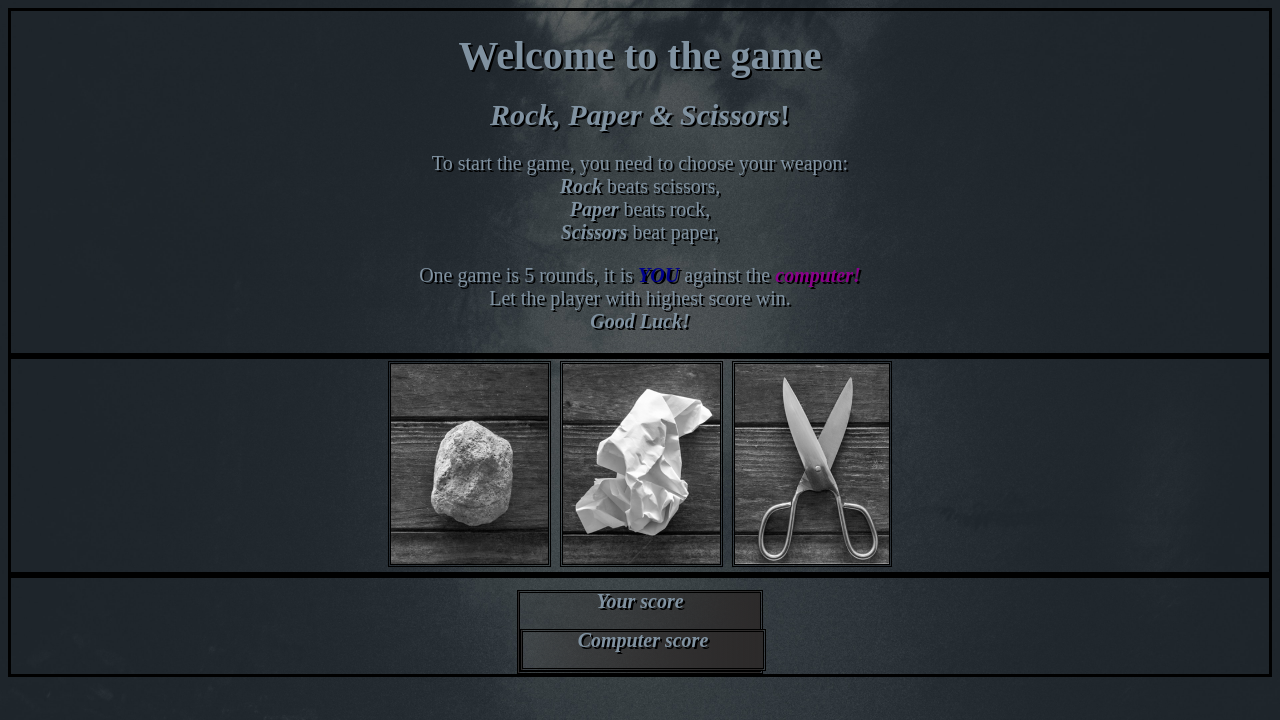
Repository: agneta1991/rock-paper-scissors
Page: Desktop/coding/index2.html
These files come from the project's save history. The page is drawn as it stood at one moment and after the next save; the edit follows.
The browser window is 1280 px wide. The pictures show the whole page.

Above is the page before, as saved 2023-03-06 08:44:16.

### Desktop/coding/index2.html
<!DOCTYPE html>
<html lang="en">
<head>
    <meta charset="UTF-8">
    <title>Rock Paper Scissors</title>
    <link rel="styleSheet" href='styles.css'>
</head>
<body>
    <script src="js.js" defer></script>
    <div class="container1">
        <div class="title">
            <h1>Welcome to the game </h1>
            <h2><span>Rock, Paper & Scissors</span>!</h2>
            <p>To start the game, you need to choose your weapon:<br>
            <span>Rock</span> beats scissors, <br>
            <span>Paper</span> beats rock, <br>
            <span>Scissors</span> beat paper,</p>
            <p>One game is 5 rounds, it is <span style="color: darkblue">YOU</span> against the <span style="color: darkmagenta">computer!</span><br>
            Let the player with highest score win.<br>
        <span>Good Luck!</span></p>
        </div>
    </div>
    <div class ="container2">
        <div class="options">
            <button class="Rock"> <img src='images/rock.png'></button>
            <button class="Paper"><img src='images/paper.png'></button>
            <button class="Scissors"><img src='images/scissors.png'></button>
        </div>
    </div>
    <div class="container3">
        <div id="playerChoice"></div><div id="computerChoice"></div>
        <div id="msg"></div>
        <div class="score">
            <div class="playerScore"><span>Your score<span></span>
            <div id="displayedPlayerScore"></p></div>
            <div class="computerScore"><span>Computer score<span></span>
            <div id="displayedComputerScore"></p></div></div>
        </div>
    </div>
</body>
</html>

### Desktop/coding/styles.css
body{
    background-image: url('images/background.jpg');
    background-size:100%;
}
h1, h2{
    line-height: 90%;
}

.container1, .container2, .container3{
    border: solid black;
    color: rgb(128, 146, 161);
    text-shadow: 2px 2px black;
    font-size: 20px;
}
span{
    font-weight: bold;
    font-style: italic;
}
.container1{
    display: flex;
    justify-content: center;
    text-align: center;
}


img{
    width: auto ;
    height: 200px ;
    border-style: double;
}

.container2 {
    display: flex;
    justify-content: center;
    gap: 8px;
}
button{
    background-color: transparent;
    padding: 0%;
    border-color: transparent;
}


img {
    -webkit-filter:
    grayscale(100%);
    filter:grayscale(100%);
    -webkit-transition: .2s
    ease-in-out;
    transition: .2s ease-in-out;

}

img:hover {
    -webkit-filter:grayscale(0);
    filter:grayscale(0);

}

.playerScore, .computerScore {
    line-height: 80%;
    border: black;
    width: 240px;
    border-style: double;
    background-image: linear-gradient(to right, rgba(156, 146, 146, 0.055),rgb(44, 42, 42) );
}

.score{
    display: flex;
    justify-content: center;
    text-align: center;
    gap: 5px;

}

#playerChoice, #computerChoice, #msg{
    display: flex;
    justify-content: center;
    text-align: center;
    padding: 2px;
    font-size: 25px;
    display: flex;
    justify-content: center;
    text-align: center;
}

### Desktop/coding/js.js
const choice = ['Rock', 'Paper', 'Scissors'];
const computerChoice = choice[Math.floor(Math.random()*choice.length)];


function round() {
const btn = document.querySelectorAll('button');


function oneClick(){
    btn.forEach((individualBtn)=>{
    individualBtn.addEventListener('click', ()=>{
        document.getElementById ('playerChoice').innerHTML = individualBtn.className + ' against '
        document.getElementById('computerChoice').innerHTML = computerChoice;
        let clicked = individualBtn.className;
        console.log(clicked);


            let msgComp = 'Computer wins!';
            let msgPlay = 'You win!';
            let msgT = "it's a tie!";
            let playerScore=0;
            let computerScore=0;

         if (clicked === 'Rock' && computerChoice === 'Paper'){
            document.getElementById('msg').innerHTML= msgComp;
            ++computerScore;
            document.getElementById('displayedComputerScore').innerHTML = computerScore;
            document.getElementById('displayedPlayerScore').innerHTML = playerScore;
            } else if (clicked==='Paper' && computerChoice ==='Scissors'){
            document.getElementById('msg').innerHTML= msgComp;
            ++computerScore;
            document.getElementById('displayedComputerScore').innerHTML = computerScore;
            document.getElementById('displayedPlayerScore').innerHTML = playerScore;
            } else if (clicked === 'Scissors' && computerChoice==='Rock'){
            ++computerScore;
            document.getElementById('displayedComputerScore').innerHTML = computerScore;
            document.getElementById('displayedPlayerScore').innerHTML = playerScore;
            document.getElementById('msg').innerHTML= msgComp;
            } else if (clicked=== 'Paper' && computerChoice==='Rock'){
            ++playerScore;
            document.getElementById('displayedPlayerScore').innerHTML = playerScore;
            document.getElementById('displayedComputerScore').innerHTML = computerScore;
            document.getElementById('msg').innerHTML= msgPlay;
            } else if(clicked === 'Scissors' && computerChoice === 'Paper'){
            ++playerScore;
            document.getElementById('displayedPlayerScore').innerHTML = playerScore;
            document.getElementById('displayedComputerScore').innerHTML = computerScore;
            document.getElementById('msg').innerHTML= msgPlay;
            } else if (clicked === 'Rock' && computerChoice==='Scissors'){
            ++playerScore;
            document.getElementById('displayedPlayerScore').innerHTML = playerScore;
            document.getElementById('displayedComputerScore').innerHTML = computerScore;
            document.getElementById('msg').innerHTML= msgPlay;

            } else document.getElementById('msg').innerHTML= msgT;
            document.getElementById('displayedPlayerScore').innerHTML = playerScore;
            document.getElementById('displayedComputerScore').innerHTML = computerScore;


    });
});
}
oneClick();


}

round();

After the next save:
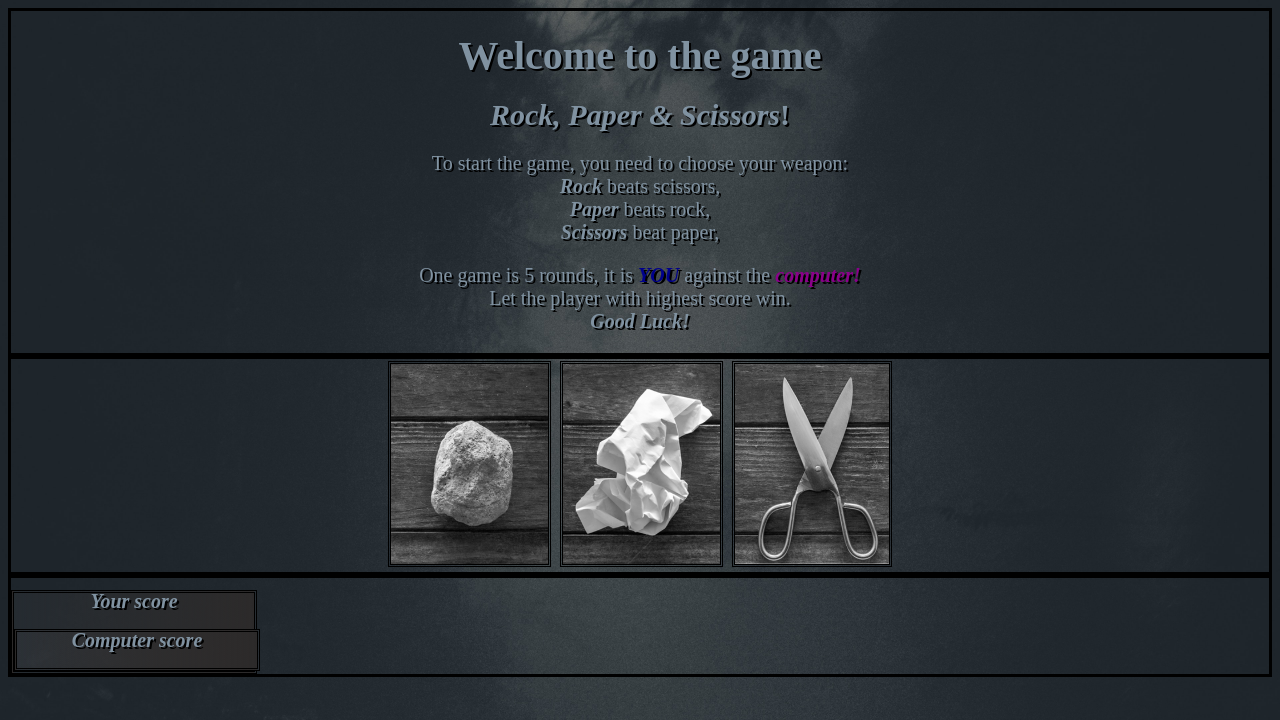
Saved 90 s later.
--- a/Desktop/coding/styles.css
+++ b/Desktop/coding/styles.css
@@ -66,7 +66,7 @@
 }
 
 .score{
-    display: flex;
+    display: inline-flex;
     justify-content: center;
     text-align: center;
     gap: 5px;

After the save that followed:
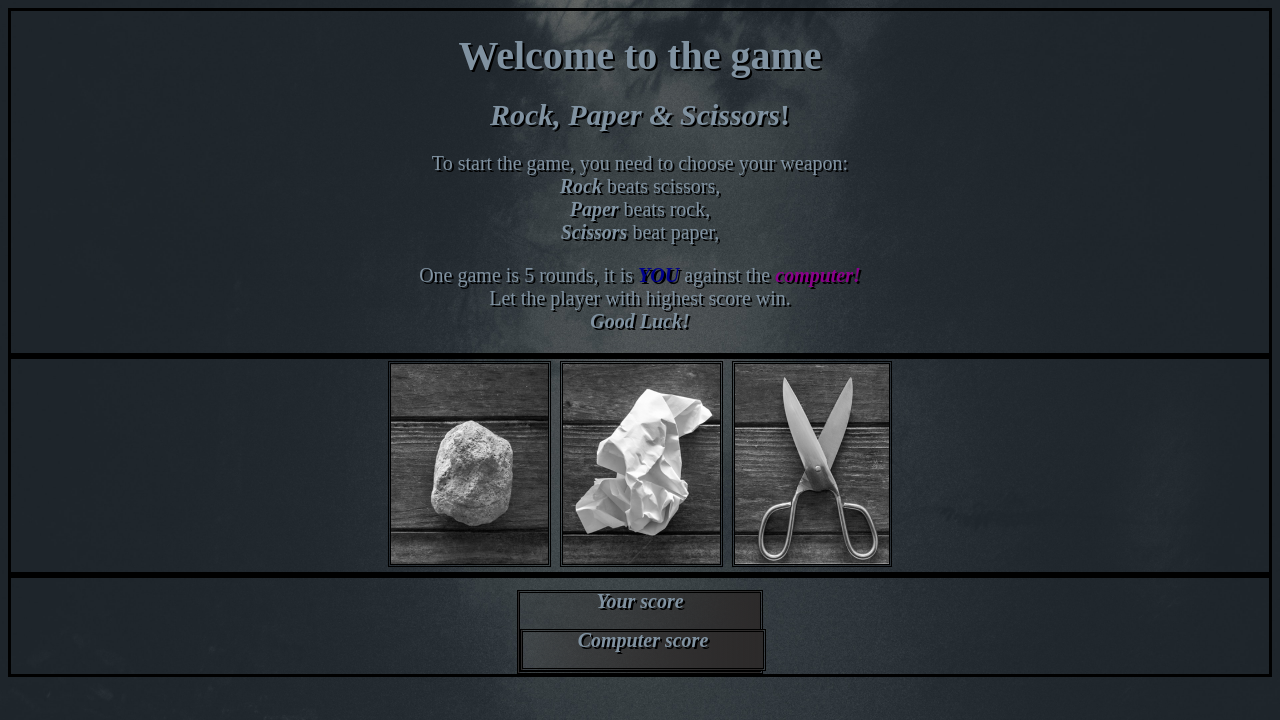
Saved 7 s later.
--- a/Desktop/coding/styles.css
+++ b/Desktop/coding/styles.css
@@ -66,7 +66,7 @@
 }
 
 .score{
-    display: inline-flex;
+    display: flex;
     justify-content: center;
     text-align: center;
     gap: 5px;
